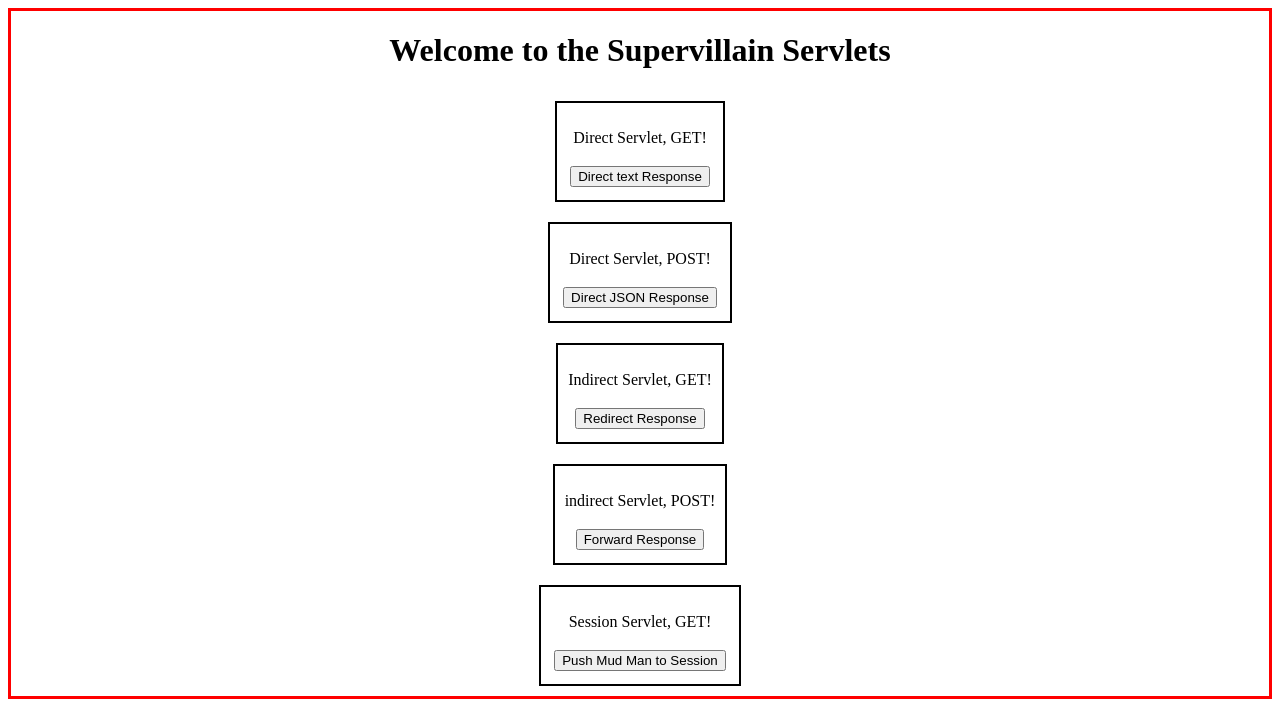
Repository: 210222-reston-java-msa/week2
Page: HelloServlets/src/main/webapp/index.html
The author's editor kept a copy of each file at every save. The page is drawn from the files as they stood at one save, then again after the next save.
The browser window is 1280 px wide. The pictures show the whole page.

Above is the page before, as saved 2021-03-04 23:16:11.

After the next save:
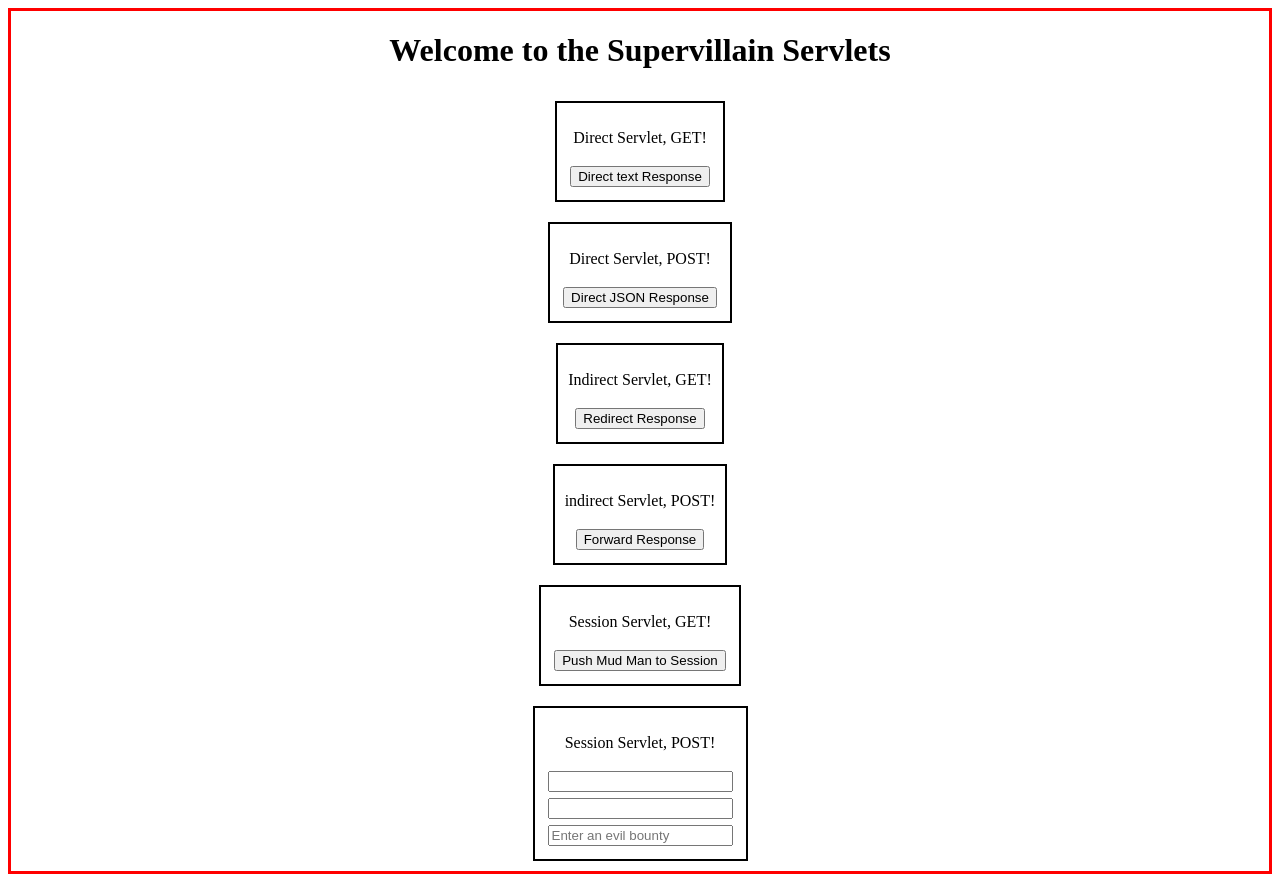
Saved 4 min 34 s later.
--- a/HelloServlets/src/main/webapp/index.html
+++ b/HelloServlets/src/main/webapp/index.html
@@ -39,6 +39,18 @@
 			<input type="submit" value="Push Mud Man to Session"></input>
 		</form>
 
+		<form method="POST" action="sesserv">
+			<p>Session Servlet, POST!</p>
+			<input type="text" name="name" placehodler="Enter an evil name" /> <br />
+			<input type="text" name="superpower" placehodler="Enter an evil superpower" /> <br />
+			<input type="text" name="bounty" placeholder="Enter an evil bounty" /> <br />
+
+
+
+
+		</form>
+
+
 	</div>
 
 </body>
